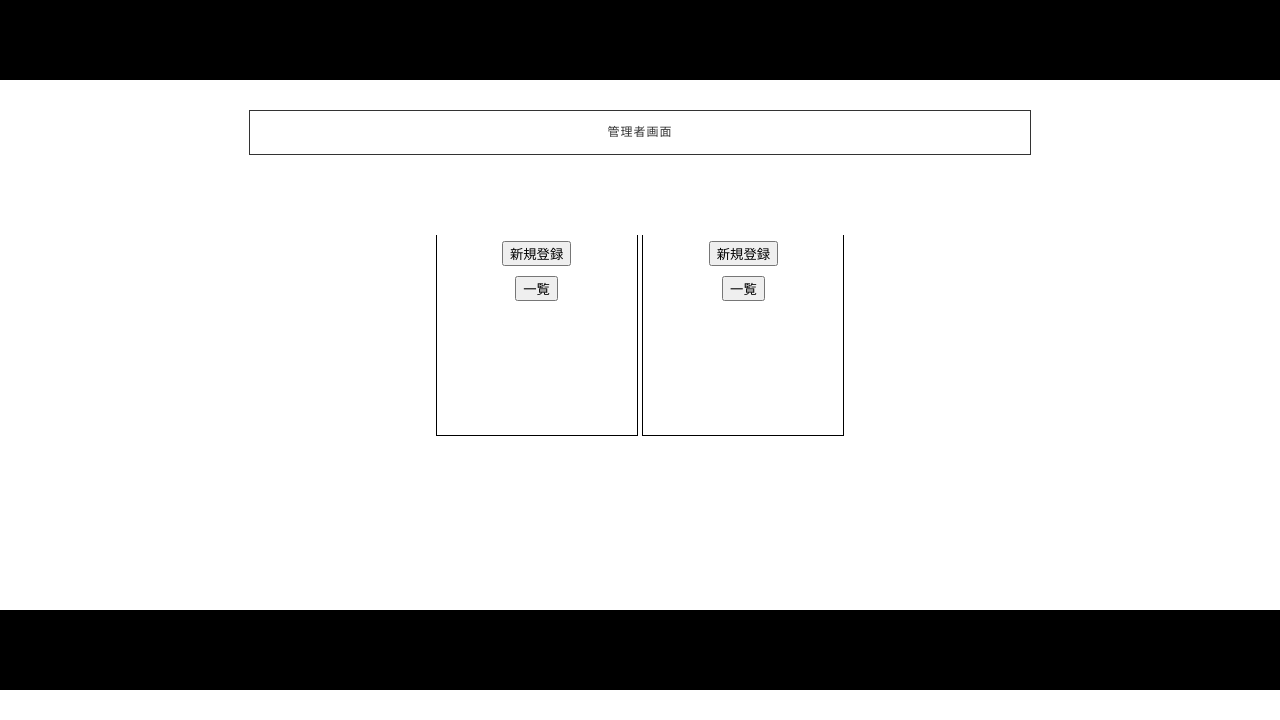
Repository: hiraide8/test
Page: http://localhost/ecsite/admin.jsp
An editor plug-in stored every save of this project. The page is shown before and after the next save, followed by the edit.
The browser window is 1280 px wide. The pictures show the whole page.
The page is served by Tomcat 9. Other server files are loaded and not shown.

Above is the page before, as saved 2019-01-23 11:21:37.

### ecsite/WebContent/admin.jsp
<%@ page language="java" contentType="text/html; charset=UTF-8"
    pageEncoding="UTF-8"%>
<%@ taglib prefix="s" uri="/struts-tags" %>
<!DOCTYPE html PUBLIC "-//W3C//DTD HTML 4.01 Transitional//EN" "http://www.w3.org/TR/html4/loose.dtd">
<html>
<head>
       <meta http-equiv="Content-Type" content="text/html; charset=UTF-8">
       <meta http-equiv="Content-Style-Type" content="text/css"/>
       <meta http-equiv="Content-Script-Type" content="text/javascript"/>
       <meta http-equiv="imagetoolbar" content="no"/>
       <meta name="descripttion" content=""/>
       <meta name="keywords" content=""/>
       <title>管理者画面</title>
       <style type="text/css">
       /* ========TAG LAYOUT======== */
                body{
                  margin:0;
                  padding:0;
                  line-height:1.6;
                  letter-spacing:1px;
                  font-family:Verdana,Helvetica,sans-serif;
                  font-size:12px;
                  color:#333;
                  background:#fff;
                }
                table{
                  margin-top:30px;
                  margin:0 auto;
                }
       /* ========ID LAYOUT======== */
                #top{
                  width:780px;
                  margin:30px auto;
                  border:1px solid #333;
                }
                #header{
                  width:100%;
                  height:80px;
                  background-color:black;
                }
                #main{
                  width:100%;
                  height:500px;
                  text-align:center;
                }
                #footer{
                  width:100%;
                  height:80px;
                  background-color:black;
                  clear:both;
                }
       /* ========CLASS LAYOUT======== */
                .aaa{
                  margin:0 auto;
                  display:inline-block;
                  margin-top:50px;
                  width:200px;
                  height:200px;
                  border-right:1px solid black;
                  border-left:1px solid black;
                  border-bottom:1px solid black;
                }
       </style>
</head>
<body>
       <div id="header">
               <div id="pr">
               </div>
       </div>
       <div id="main">
               <div id="top">
                       <p>管理者画面</p>
               </div>
               <div class="aaa">
                       <table>
                       <tr>
                       <td>
                       <s:form action="ItemCreateAction">
                                  <s:submit value="新規登録"/>
                       </s:form>
                       </td>
                       </tr>
                       <tr>
                       <td>
                       <s:form action="ItemListAction">
                                  <s:submit value="一覧"/>
                       </s:form>
                       </td>
                       </tr>
                       </table>
               </div>
               <div class="aaa">
                       <table>
                       <tr>
                       <td>
                       <s:form action="UserCreateAction">
                                  <s:submit value="新規登録"/>
                       </s:form>
                       </td>
                       </tr>
                       <tr>
                       <td>
                       <s:form action="UserListAction">
                                  <s:submit value="一覧"/>
                       </s:form>
                       </td>
                       </tr>
                       </table>
               </div>
       </div>
       <div id="footer">
               <div id="pr">
               </div>
       </div>
</body>
</html>

After the next save:
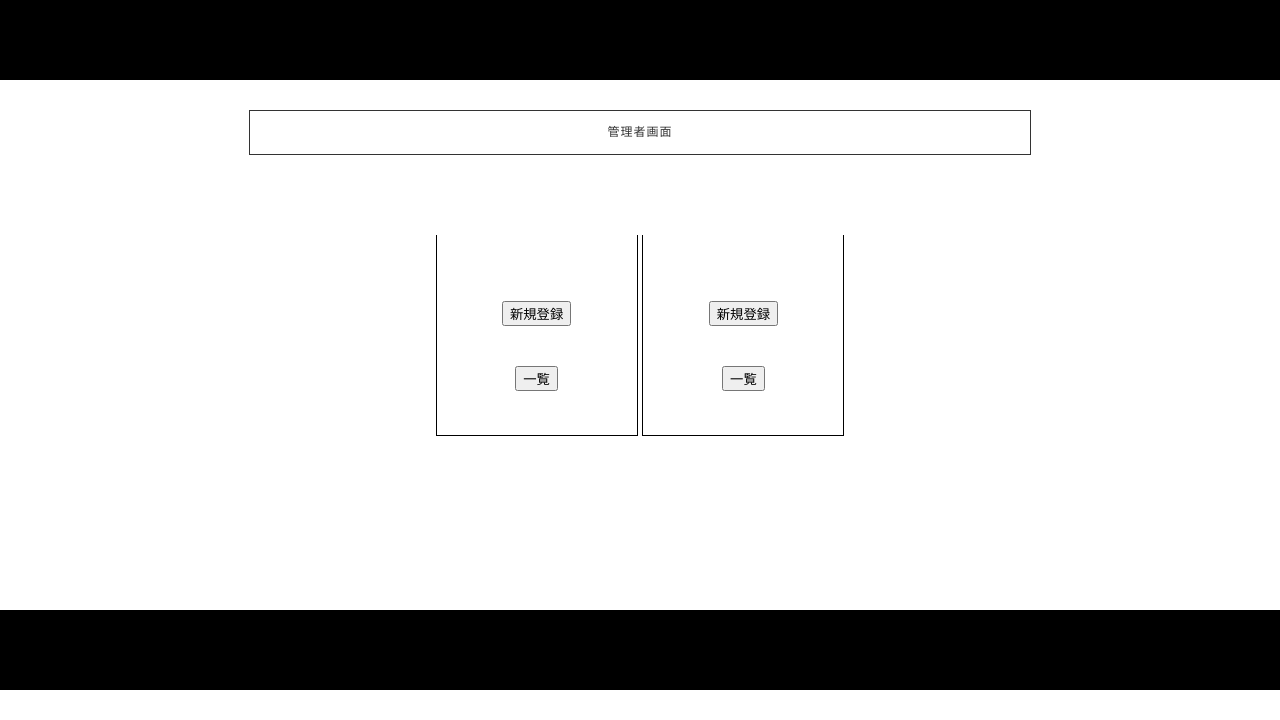
Saved 22 s later.
--- a/ecsite/WebContent/admin.jsp
+++ b/ecsite/WebContent/admin.jsp
@@ -24,7 +24,7 @@
                   background:#fff;
                 }
                 table{
-                  margin-top:30px;
+                  padding-top:30px;
                   margin:0 auto;
                 }
        /* ========ID LAYOUT======== */
